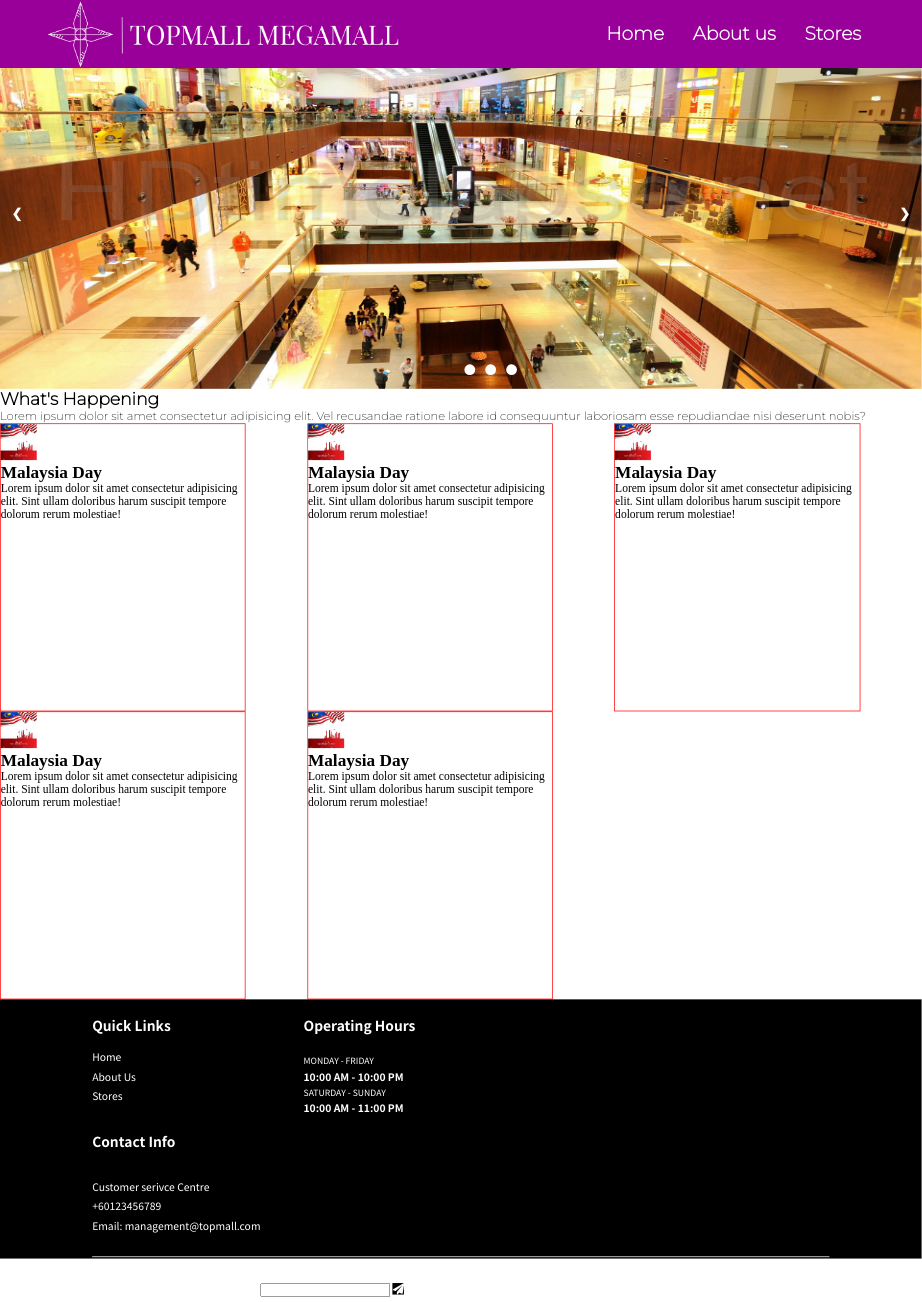
Repository: Jack0Bong/Web-Dev-Assignment
Page: index.html
These files come from the project's save history. The page is drawn as it stood at one moment and after the next save; the edit follows.
The browser window is 1280 px wide. The pictures show the whole page, at 72% of full size.

Above is the page before, as saved 2021-09-02 01:38:19.

### index.html
<!DOCTYPE html>
<html lang="en">
    <head>
        <meta charset="UTF-8">
        <meta http-equiv="X-UA-Compatible" content="IE=edge">
        <meta name="viewport" content="width=device-width, initial-scale=1.0">
        <title>Topmall Megamall</title>

        <!-- fonts link -->
        <link href="https://fonts.googleapis.com/css2?family=Montserrat:wght@200&display=swap" rel="stylesheet">
        <link href="https://fonts.googleapis.com/css2?family=Pacifico&display=swap" rel="stylesheet">
        <link href="https://fonts.googleapis.com/css2?family=Caveat&family=Pacifico&display=swap" rel="stylesheet">
        <link href="https://fonts.googleapis.com/css2?family=Roboto&display=swap" rel="stylesheet">
        <link href="https://fonts.googleapis.com/css2?family=Poppins:wght@200&display=swap" rel="stylesheet">
        <link href="https://fonts.googleapis.com/css2?family=Noto+Sans+TC:wght@300&display=swap" rel="stylesheet">

        <!-- icon link -->
        <link rel="stylesheet" href="https://cdnjs.cloudflare.com/ajax/libs/font-awesome/4.7.0/css/font-awesome.min.css">

        <!-- style sheets link -->
        <link rel="stylesheet" href="css/navbar.css">
        <link rel="stylesheet" href="css/index.css">
    </head>
<body>
    <!-- navigation bar -->
    <nav class="nav">
        <img src="Assets/topmall-white.png" alt="Topmall" class="logo">
        <ul class="navlist">
            <!-- links added here -->
            <li><a href="" class="navlink">Home</a></li>
            <li><a href="" class="navlink">About us</a></li>
            <li><a href="" class="navlink">Stores</a></li>
        </ul>
    </nav>

    <!-- carousel with three images -->
    <section>
        <div class="carousel">

            <div class="slides fade">
                <img src="Assets/slide-one.jpg" alt="">
                <div class="slideText">Slide One</div>
            </div>

            <div class="slides fade">
                <img src="Assets/slide-two.jpg" alt="">
                <div class="slideText">Slide One</div>
            </div>

            <div class="slides fade">
                <img src="Assets/slide-three.jpg" alt="">
                <div class="slideText">Slide One</div>
            </div>

            <a onclick="slideController(-1)" class="prevslide">&#10094;</a>
            <a onclick="slideController(1)" class="nextslide">&#10095;</a>

            <div class="slidedot">
                <span onclick="dotController(1)" class="dot"></span>
                <span onclick="dotController(2)" class="dot"></span>
                <span onclick="dotController(3)" class="dot"></span>
            </div>

        </div>
    </section>

    <section class="events-section">
        <div class="event-title">
            <h1>What's Happening</h1>
            <span>Lorem ipsum dolor sit amet consectetur adipisicing elit. Vel recusandae ratione labore id consequuntur laboriosam esse repudiandae nisi deserunt nobis?</span>
        </div>

        <div class="card-view">

            <div class="card">
                <img src="Assets/event-one.jpg" alt="">
                <h2>Malaysia Day</h2>
                <span>Lorem ipsum dolor sit amet consectetur adipisicing elit. Sint ullam doloribus harum suscipit tempore dolorum rerum molestiae!</span>
            </div>
            <div class="card">
                <img src="Assets/event-one.jpg" alt="">
                <h2>Malaysia Day</h2>
                <span>Lorem ipsum dolor sit amet consectetur adipisicing elit. Sint ullam doloribus harum suscipit tempore dolorum rerum molestiae!</span>
            </div>
            <div class="card">
                <img src="Assets/event-one.jpg" alt="">
                <h2>Malaysia Day</h2>
                <span>Lorem ipsum dolor sit amet consectetur adipisicing elit. Sint ullam doloribus harum suscipit tempore dolorum rerum molestiae!</span>
            </div>
            <div class="card">
                <img src="Assets/event-one.jpg" alt="">
                <h2>Malaysia Day</h2>
                <span>Lorem ipsum dolor sit amet consectetur adipisicing elit. Sint ullam doloribus harum suscipit tempore dolorum rerum molestiae!</span>
            </div>
            <div class="card">
                <img src="Assets/event-one.jpg" alt="">
                <h2>Malaysia Day</h2>
                <span>Lorem ipsum dolor sit amet consectetur adipisicing elit. Sint ullam doloribus harum suscipit tempore dolorum rerum molestiae!</span>
            </div>

        </div>
    </section>


    <!-- footer element -->
    <footer>
        <div class="footer-upper">
            <div class="footer-content">
                <h1 class="footer-title">Quick Links</h1>
                <a href="">Home</a>
                <a href="">About Us</a>
                <a href="">Stores</a>
            </div>
            <div class="footer-content">
                <h1 class="footer-title">Operating Hours</h1>
                <span style="font-size: 0.75em;">MONDAY - FRIDAY</span>
                <h2>10:00 AM - 10:00 PM</h2>
                <span style="font-size: 0.75em;">SATURDAY - SUNDAY</span>
                <h2>10:00 AM - 11:00 PM</h2>
            </div>
            <div class="footer-content">
                <h1 class="footer-title">Contact Info</h1>
                <span>Customer serivce Centre</span>
                <a href="tel:0123456789">+60123456789</a>
                <a href="mailto:someone@example.com">Email: management@topmall.com</a>
            </div>
            <hr>
        </div>
        <div class="footer-lower">
            <div class="footer-email">
                <span style="color: white;">Sign up for Topmall Newsletter</span>
                <form action="" method="post"> <input type="email" name="" id=""> <button type="submit" style="background-color:black;border:none;font-size: 0.5em;"><i class="fa fa-paper-plane"></i></button> </form>
            </div>
            <div class="footer-social">
                <a href="" class="fa fa-facebook-square"></a>
                <a href="" class="fa fa-twitter-square"></a>
                <a href="" class="fa fa-youtube-square"></a>
                <a href="" class="fa fa-instagram"></a>
                <a href="" class="fa fa-reddit"></a>
            </div>
        </div>
    </footer>


    <script src="Js/navbar.js"></script>
    <script src="Js/carousel.js"></script>
</body>
</html>

### css/navbar.css
*{
    padding: 0px;
    margin: 0px;
    box-sizing: border-box;
}

body{
    min-height: 100vh;
    display: flex;
    flex-direction: column;
}


/* Navigation bar style */
nav{
    position: fixed;
    width: 100%;
    height: 13vh;
    display: flex;
    justify-content: space-between;
    transition: 0.3s ease-in-out;
    background-color: #990099;
    opacity: 80%;
    z-index: 999;
}

nav:hover{
    width: 100%;
    height: 13vh;
    opacity: 100%;
}

.shrink{
    height: 9vh;
    background-color: #990099;
}

.logo{
    padding-left: 5vw;
}

.navlist{
    display: flex;
    align-items: center;
    padding-right: 5vw;
}

.navlist li{
    list-style: none;
    padding: 0px 20px;
}

.navlink{
    position: relative;
    color: white;
    font-size: 26px;
    font-weight: 700;
    text-decoration: none;
    font-family: montserrat;
}

.navlink:hover {
    color: white;
}

.navlink::before {
    content: "";
    position: absolute;
    display: block;
    width: 100%;
    height: 2px;
    bottom: 0;
    left: 0;
    background-color: white;
    transform: scaleX(0);
    transition: transform 0.3s ease;
  }

.navlink:hover::before {
    transform: scaleX(1);
}

.navbar-padding{
    width: 100%;
    height: 13vh;
}


/* footer styling */
footer{
    margin-top: auto;
    background-color: black;
    height: 50vh;
}

.footer-upper{
    width: 80%;
    display: flex;
    flex-direction: row;
    justify-content: start;
    margin-left: 10%;
    flex-wrap: wrap;
}

.footer-content{
    display: flex;
    flex-direction: column;
    margin-top: 3vh;
    color: white;
    font-family: 'Noto Sans TC', sans-serif;
    margin-right: 18%;
}

.footer-title{
    margin-bottom: 15%;
    font-size: 1.2em;
}

.footer-content a{
    font-size: 0.9em;
    text-decoration: none;
    color: white;
    padding: 3px 0px 3px 0px;
}

.footer-content span{
    padding: 3px 0px 3px 0px;
    font-size: 0.9em;
    font-family: 'Noto Sans TC', sans-serif;
}

.footer-content h2{
    font-size: 0.9em;
}

.footer-upper hr{
    margin: 3% 0px 3% 0px;
    flex-basis: 100%;
    border: none;
    border-top: 0.1px solid white;
}

.footer-lower{
    width: 80%;
    display: flex;
    flex-direction: row;
    justify-content: space-between;
    margin-left: 10%;
    flex-wrap: wrap;
}

.footer-email{
    font-family: 'Noto Sans TC', sans-serif;
}

.footer-email form{
    display: inline;
    width: fit-content;
}


.footer-social a{
    text-decoration: none;
}

.fa{
    color: white;
    font-size: 2em;
}

### css/index.css
/* Carousel css */
.carousel{
    position: relative;
    width: 100%;
    height: 75vh;
}

.slides{
    display: none;
    width: 100%;
    height: 100%;
}

.slides img{
    width: 100%;
    height: 100%;
}

.prevslide,.nextslide{
    position: absolute;
    top: 50%;
    width: auto;
    padding: 16px;
    color: white;
    font-weight: bold;
    font-size: 18px;
    transition: 0.6s ease;
    border-radius: 0 3px 3px 0;
    user-select: none;
}

.nextslide{
    right: 0%;
    border-radius: 3px 0 0 3px;
}

.slideText{
    display: none;
}

.slidedot{
    position: absolute;
    bottom: 10px;
    display: inline;
    margin-left: 50%;
}

.dot{
    position: relative;
    cursor: pointer;
    height: 15px;
    width: 15px;
    margin: 5px;
    background-color: white;
    border-radius: 50%;
    display: inline-block;
    transition: background-color 0.6s ease;
}

.active, .dot:hover{
    background-color: #bbb;
}

.fade {
    -webkit-animation-name: fade;
    -webkit-animation-duration: 1.5s;
    animation-name: fade;
    animation-duration: 1.5s;
  }

@-webkit-keyframes fade {
from {opacity: .4}
to {opacity: 1}
}

@keyframes fade {
from {opacity: .4}
to {opacity: 1}
}

/* Events section styling */
.events-section{
    width: 100%;
}

.event-title{
    font-family: Montserrat;
}

.card-view{
    display: grid;
    grid-template-columns: repeat(3, 1fr);
    grid-auto-rows: auto;
}

.card{
    width: 80%;
    height: 400px;
    border: 1px solid red;
}

.card img{
    width: 50px;
    height: 50px;
}

### Js/navbar.js
window.addEventListener("scroll", (event) => {
    let scroll = this.scrollY;
    let navbar = document.querySelector('.nav');
    if(scroll >= 100){
        navbar.classList.add("shrink")
    }else{
        navbar.classList.remove("shrink");
    }
});

### Js/carousel.js
let slideIndex = 1;
displaySlide(slideIndex);


function slideController(n){
    displaySlide(slideIndex+= n)
}

function dotController(n){
    slideIndex = n;
    displaySlide(slideIndex);
}

function displaySlide(n){
    let slides = document.querySelectorAll(".slides");
    if(n > slides.length){ slideIndex = 1}
    if(n < 1){ slideIndex = 3}

    for(let i = 0; i < slides.length;i++){
        slides[i].style.display="none";
    }

    slides[slideIndex-1].style.display = "block";

}

After the next save:
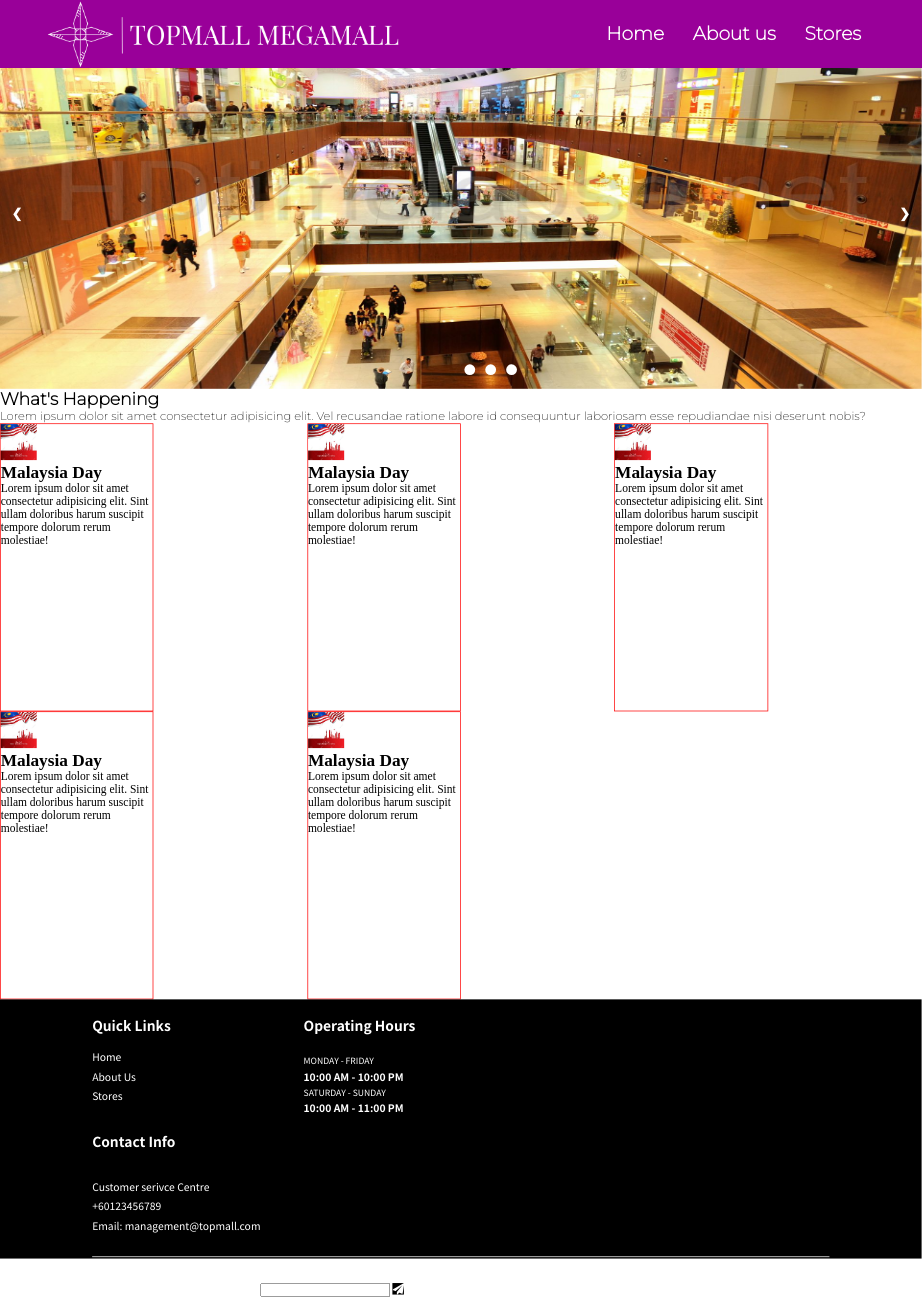
Saved 4 s later.
--- a/css/index.css
+++ b/css/index.css
@@ -94,7 +94,7 @@ to {opacity: 1}
 }
 
 .card{
-    width: 80%;
+    width: 50%;
     height: 400px;
     border: 1px solid red;
 }
